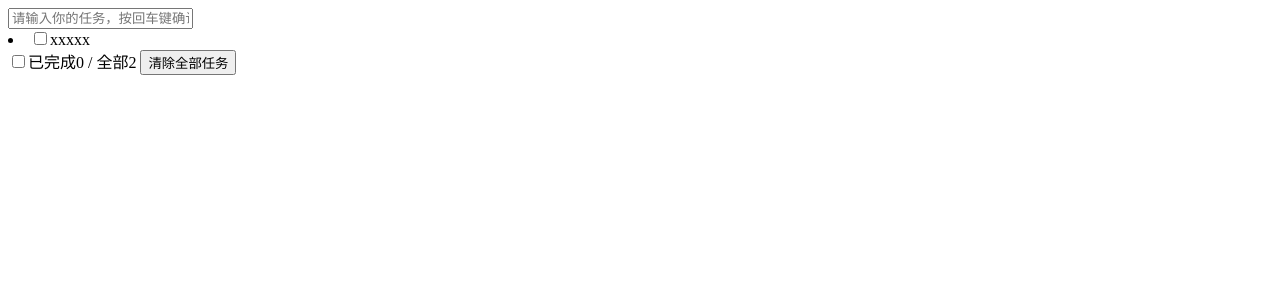
Repository: Lixianlai-2/The-journey-of-learning-Vue
Page: / (app in afterVueCli/Vue_Test/)
The author's editor kept a copy of each file at every save. The page is drawn from the files as they stood at one save, then again after the next save.
The browser window is 1280 px wide. The pictures show the whole page.
The project was rebuilt for these pictures with package versions that can differ from the ones it lists, and the page was loaded fresh each time.

Above is the page before, as saved 2022-04-14 16:48:36.

After the next save:
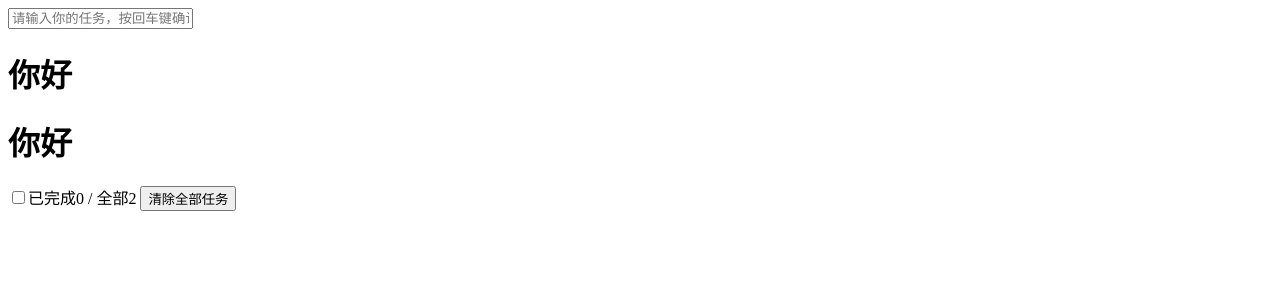
Saved 2 min 6 s later.
--- a/afterVueCli/Vue_Test/src/components/myList.vue
+++ b/afterVueCli/Vue_Test/src/components/myList.vue
@@ -1,12 +1,7 @@
 <template>
   <div class="todo-main">
-    <li>
-      <label>
-        <input type="checkbox" />
-        <span>xxxxx</span>
-      </label>
-      <button class="btn btn-danger" style="display: none"></button>
-    </li>
+    <myItem />
+    <myItem />
   </div>
 </template>
 
